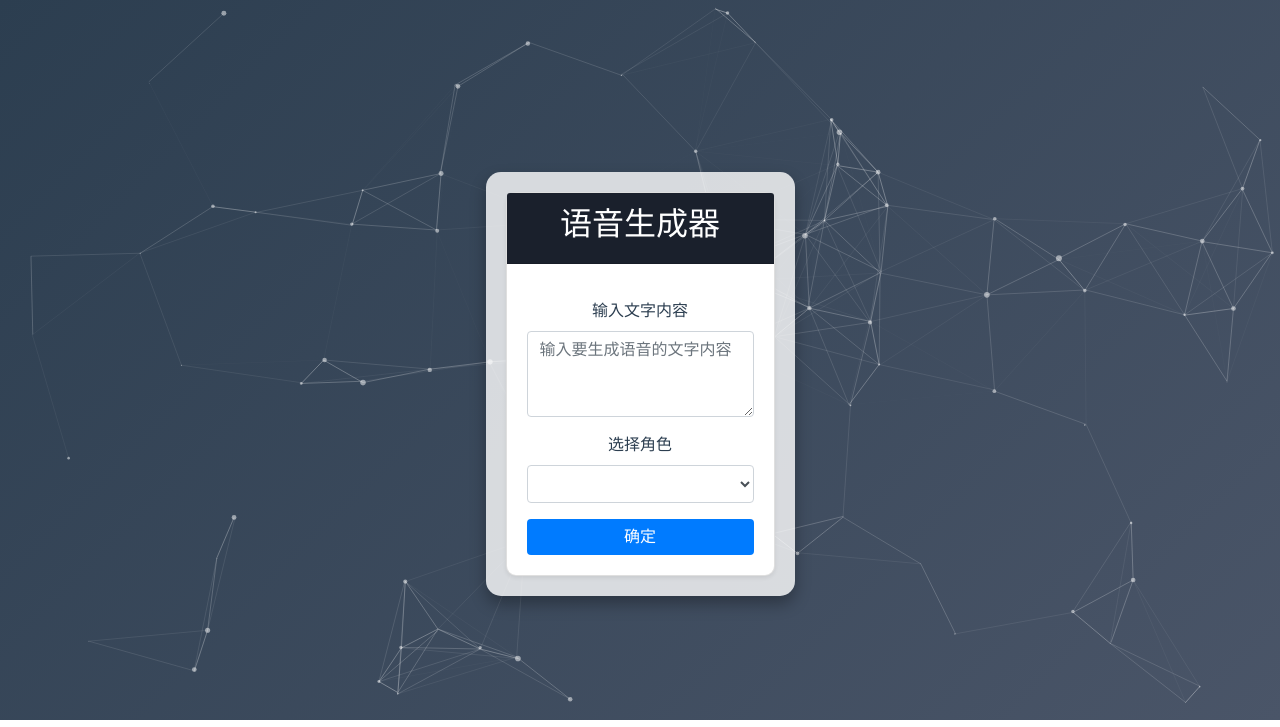
Repository: escapistmost/VOICE
Page: /
These files come from the project's save history. The page is drawn as it stood at one moment and after the next save; the edit follows.
The browser window is 1280 px wide. The pictures show the whole page.
The project was rebuilt for these pictures with package versions that can differ from the ones it lists, and the page was loaded fresh each time. Also part of the build but not shown: vue.config.js.

Above is the page before, as saved 2024-06-01 18:45:42.

After the next save:
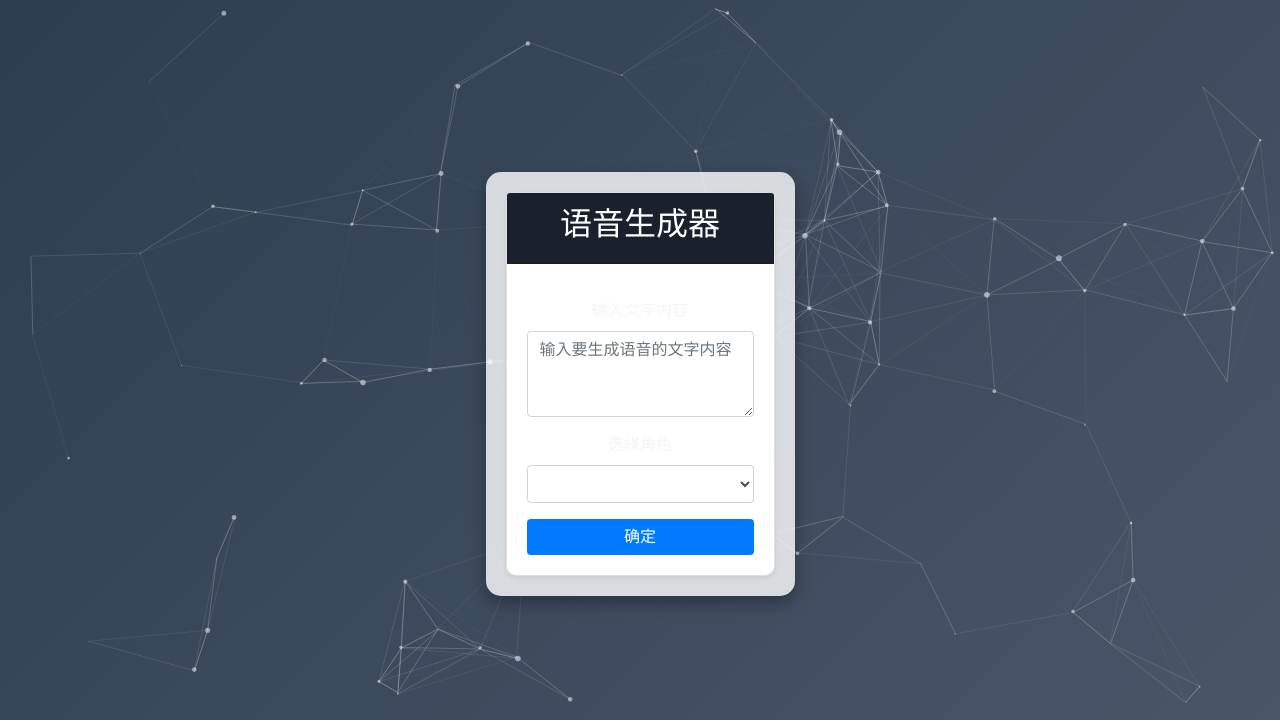
Saved 9 s later.
--- a/src/App.vue
+++ b/src/App.vue
@@ -27,7 +27,7 @@ export default {
   -webkit-font-smoothing: antialiased;
   -moz-osx-font-smoothing: grayscale;
   text-align: center;
-  color: #2c3e50;
+  color: #f5f5f5;
   height: 100vh;
   display: flex;
   justify-content: center;
